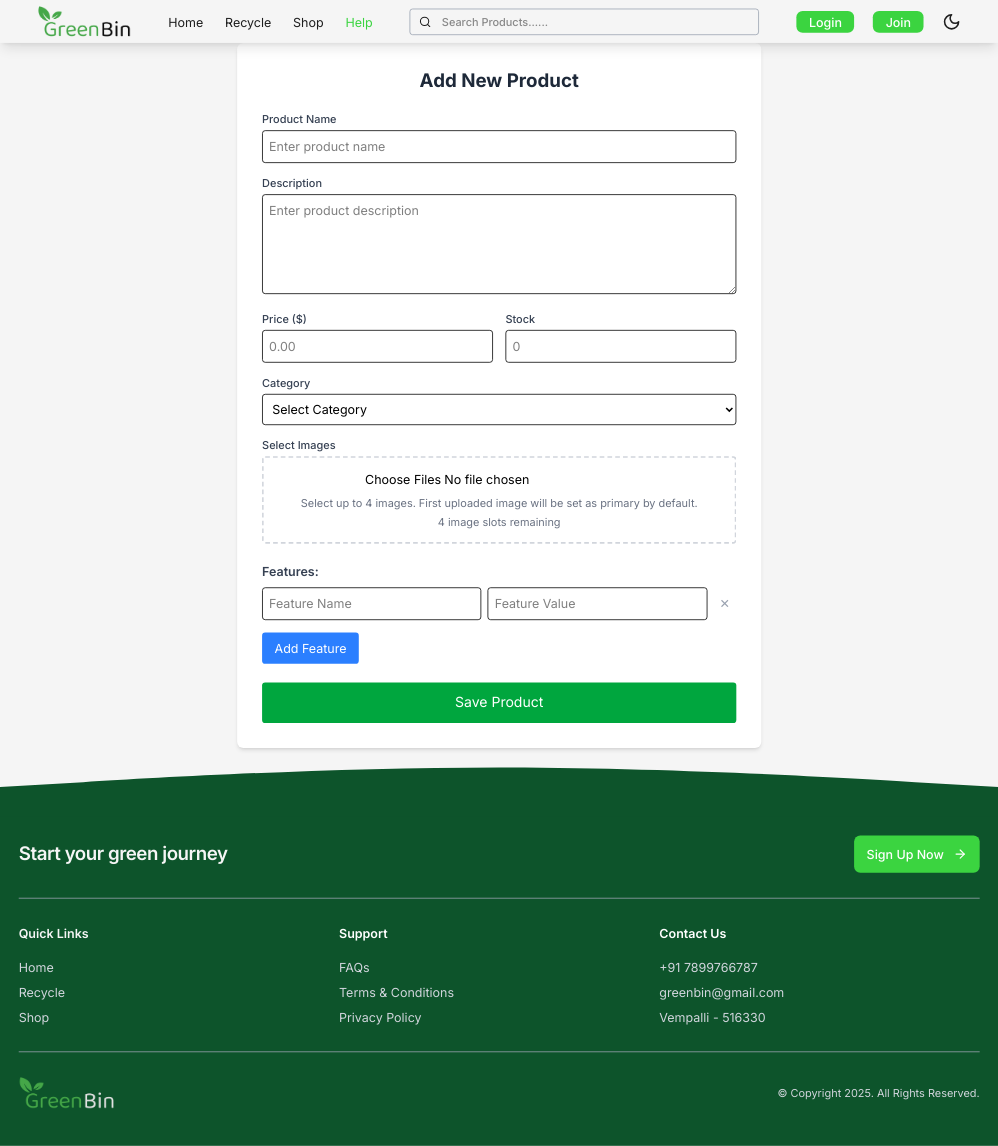
Repository: Siddhu123456/Plastic-Waste-Management
Page: /pform (app in frontend/)
These files come from the project's save history. The page is drawn as it stood at one moment and after the next save; the edit follows.
The browser window is 1280 px wide. The pictures show the whole page, at 78% of full size.
The project was rebuilt for these pictures with package versions that can differ from the ones it lists, and the page was loaded fresh each time. Also part of the build but not shown: frontend/vite.config.js, frontend/src/components/ProductCard.jsx, frontend/src/components/TrendingProductsCarousel.jsx, frontend/src/data/products.js, frontend/src/pages/Home.jsx, frontend/src/components/FilterBar.jsx, frontend/src/pages/customer/Shop.jsx, frontend/src/pages/customer/Recycle.jsx and 15 more. Imported but missing from the stored project, and not drawn on this page: frontend/src/pages/Help, frontend/src/pages/customer/WishList.

Above is the page before, as saved 2025-04-29 21:41:09.

After the next save:
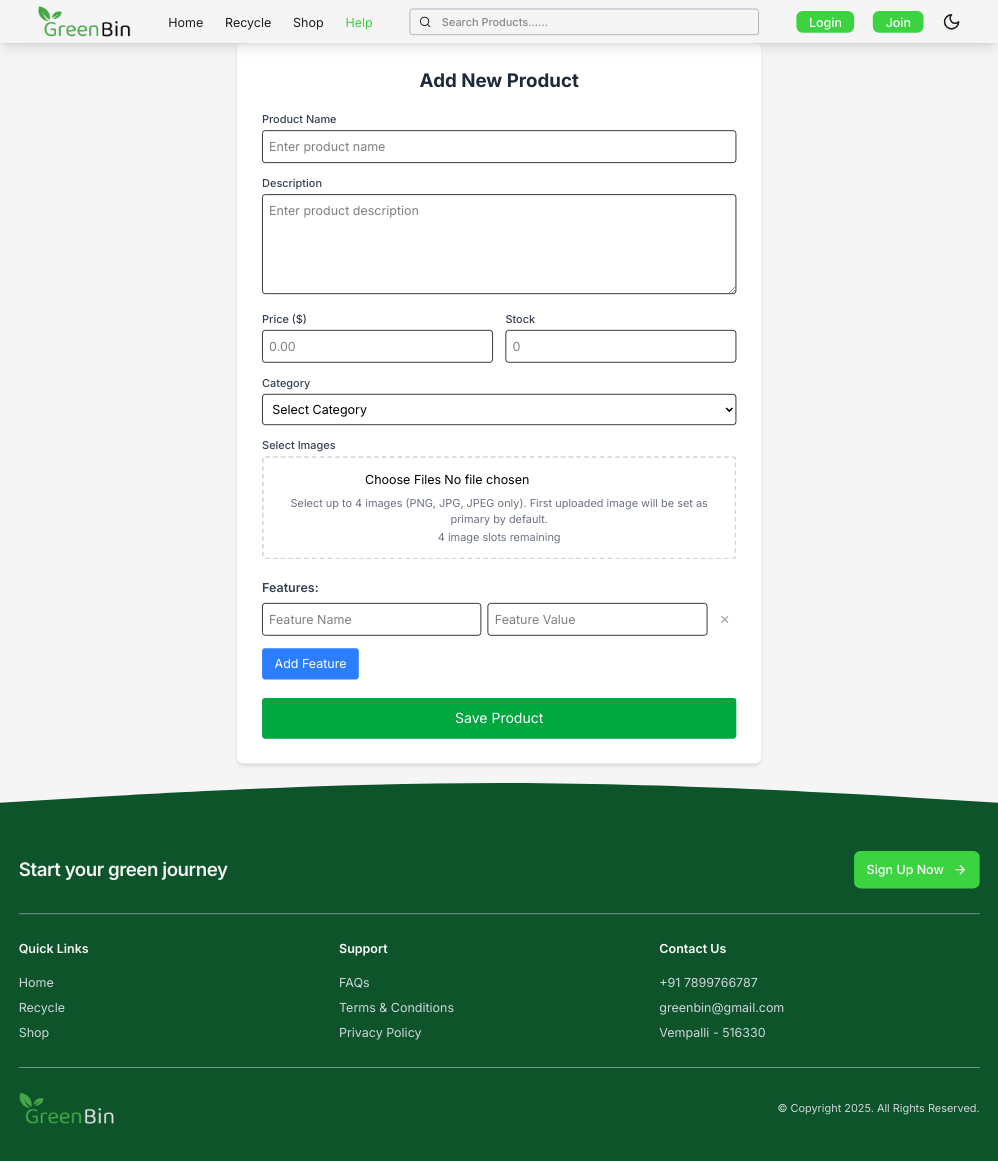
Saved 11 min 9 s later.
--- a/frontend/src/pages/admin/ProductForm.jsx
+++ b/frontend/src/pages/admin/ProductForm.jsx
@@ -28,6 +28,16 @@ const ProductForm = () => {
 
   const handleFileSelection = (event) => {
     const files = Array.from(event.target.files);
+
+    // Validate file types
+    const validImageTypes = ['image/png', 'image/jpeg', 'image/jpg'];
+    const invalidFiles = files.filter(file => !validImageTypes.includes(file.type));
+
+    if (invalidFiles.length > 0) {
+      alert("Only PNG, JPG, and JPEG image files are allowed.");
+      return;
+    }
+
     // Limit to 4 files total (existing selected + new)
     const totalFiles = [...selectedFiles, ...files];
 
@@ -267,12 +277,13 @@ const ProductForm = () => {
           <input
             type="file"
             multiple
+            accept=".png,.jpg,.jpeg,image/png,image/jpeg"
             onChange={handleFileSelection}
             className="mb-2"
             disabled={uploading || selectedFiles.length >= 4}
           />
           <p className="text-sm text-gray-500">
-            Select up to 4 images. First uploaded image will be set as primary by default.
+            Select up to 4 images (PNG, JPG, JPEG only). First uploaded image will be set as primary by default.
           </p>
           <p className="text-sm text-gray-500 mt-1">
             {4 - selectedFiles.length} image slots remaining
